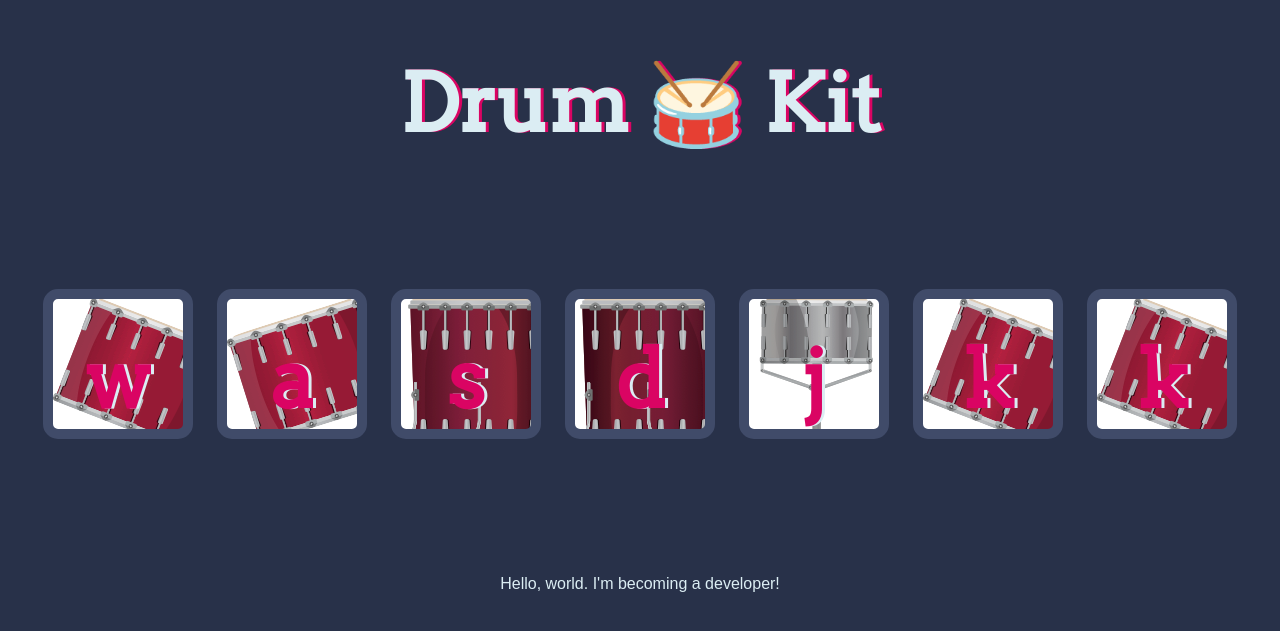
Repository: doncsar/yu-frontend-bootcamp
Page: 17-drumkit/index.html
The author's editor kept a copy of each file at every save. The page is drawn from the files as they stood at one save, then again after the next save.
The browser window is 1280 px wide. The pictures show the whole page.

Above is the page before, as saved 2024-01-27 19:26:24.

### 17-drumkit/index.html
<!DOCTYPE html>
<html lang="en">
   <head>
      <meta charset="UTF-8" />
      <meta name="viewport" content="width=device-width, initial-scale=1.0" />
      <title>Drum Kit</title>
      <link rel="stylesheet" href="style.css" />
      <script src="script.js" defer></script>
      <link
         href="https://fonts.googleapis.com/css?family=Arvo"
         rel="stylesheet"
      />
   </head>
   <body>
      <h1 id="title">Drum 🥁 Kit</h1>
      <div class="set">
         <button class="w drum">w</button>
         <button class="a drum">a</button>
         <button class="s drum">s</button>
         <button class="d drum">d</button>
         <button class="j drum">j</button>
         <button class="k drum">k</button>
         <button class="l drum">k</button>
      </div>
      <footer>Hello, world. I'm becoming a developer!</footer>
   </body>
</html>

### 17-drumkit/style.css
body {
  text-align: center;
  background-color: #283149;
}

h1 {
  font-size: 5rem;
  color: #DBEDF3;
  font-family: "Arvo", cursive;
  text-shadow: 3px 0 #DA0463;

}

footer {
  color: #DBEDF3;
  font-family: sans-serif;
}

.w {
 background-image: url('./resources/images/tom1.png');
}

.a {
background-image: url('./resources/images/tom2.png');
}

.s {
background-image: url('./resources/images/tom3.png');
}

.d {
background-image: url('./resources/images/tom4.png');
}

.j {
background-image: url('./resources/images/snare.png');
}

.k {
background-image: url('./resources/images/tom1.png');
}

.l {
background-image: url('./resources/images/tom1.png');
}

.set {
  margin: 10% auto;
}

.game-over {
  background-color: red;
  opacity: 0.8;
}

.pressed {
  box-shadow: 0 3px 4px 0 #DBEDF3;
  opacity: 0.5;
}

.red {
  color: red;
}

.drum {
  outline: none;
  border: 10px solid #404B69;
  font-size: 5rem;
  font-family: 'Arvo', cursive;
  line-height: 2;
  font-weight: 900;
  color: #DA0463;
  text-shadow: 3px 0 #DBEDF3;
  border-radius: 15px;
  display: inline-block;
  width: 150px;
  height: 150px;
  text-align: center;
  margin: 10px;
  background-color: white;
}

### 17-drumkit/script.js
const drums = document.querySelectorAll('.drum')

function handleCLick() {
   const drumSound = new Audio('resources/sounds/tom-1.mp3')
   drumSound.play()
}
console.log(drums);

drums.forEach(drum => drum.addEventListener('click', handleCLick))

After the next save:
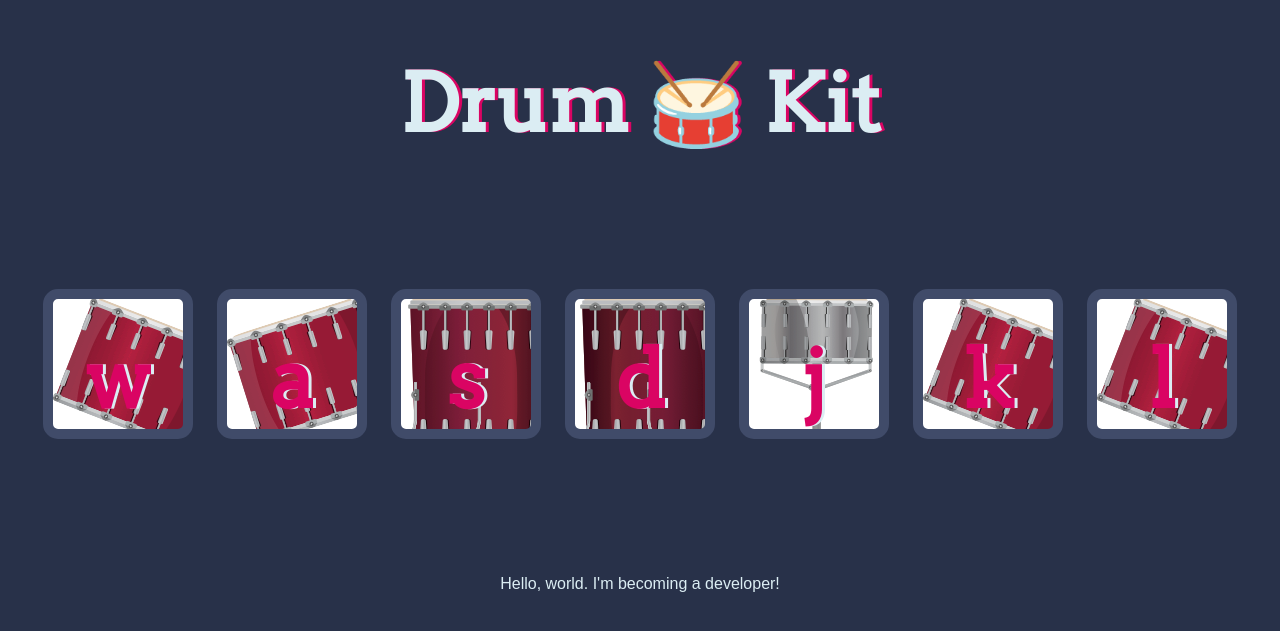
Saved 4 s later.
--- a/17-drumkit/index.html
+++ b/17-drumkit/index.html
@@ -20,7 +20,7 @@
          <button class="d drum">d</button>
          <button class="j drum">j</button>
          <button class="k drum">k</button>
-         <button class="l drum">k</button>
+         <button class="l drum">l</button>
       </div>
       <footer>Hello, world. I'm becoming a developer!</footer>
    </body>
